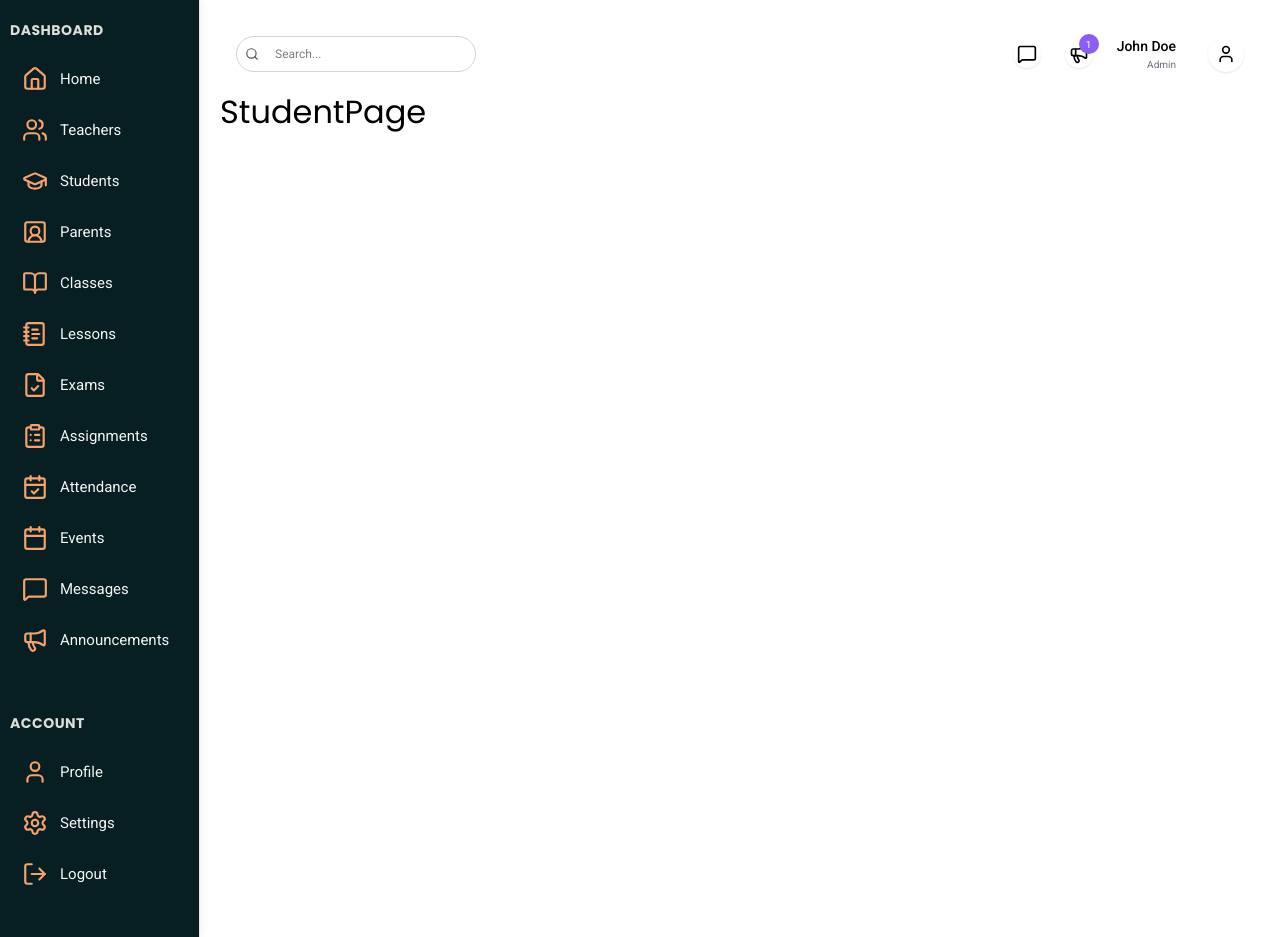
Repository: GlorifiedIntel/student-portal
Page: /student
The author's editor kept a copy of each file at every save. The page is drawn from the files as they stood at one save, then again after the next save.
The browser window is 1280 px wide. The pictures show the whole page.
The project was rebuilt for these pictures with package versions that can differ from the ones it lists, and the page was loaded fresh each time. The framework's server and built-in components were replaced by stand-ins that run in the browser. Also part of the build but not shown: next.config.mjs.

Above is the page before, as saved 2025-08-21 17:27:23.

After the next save:
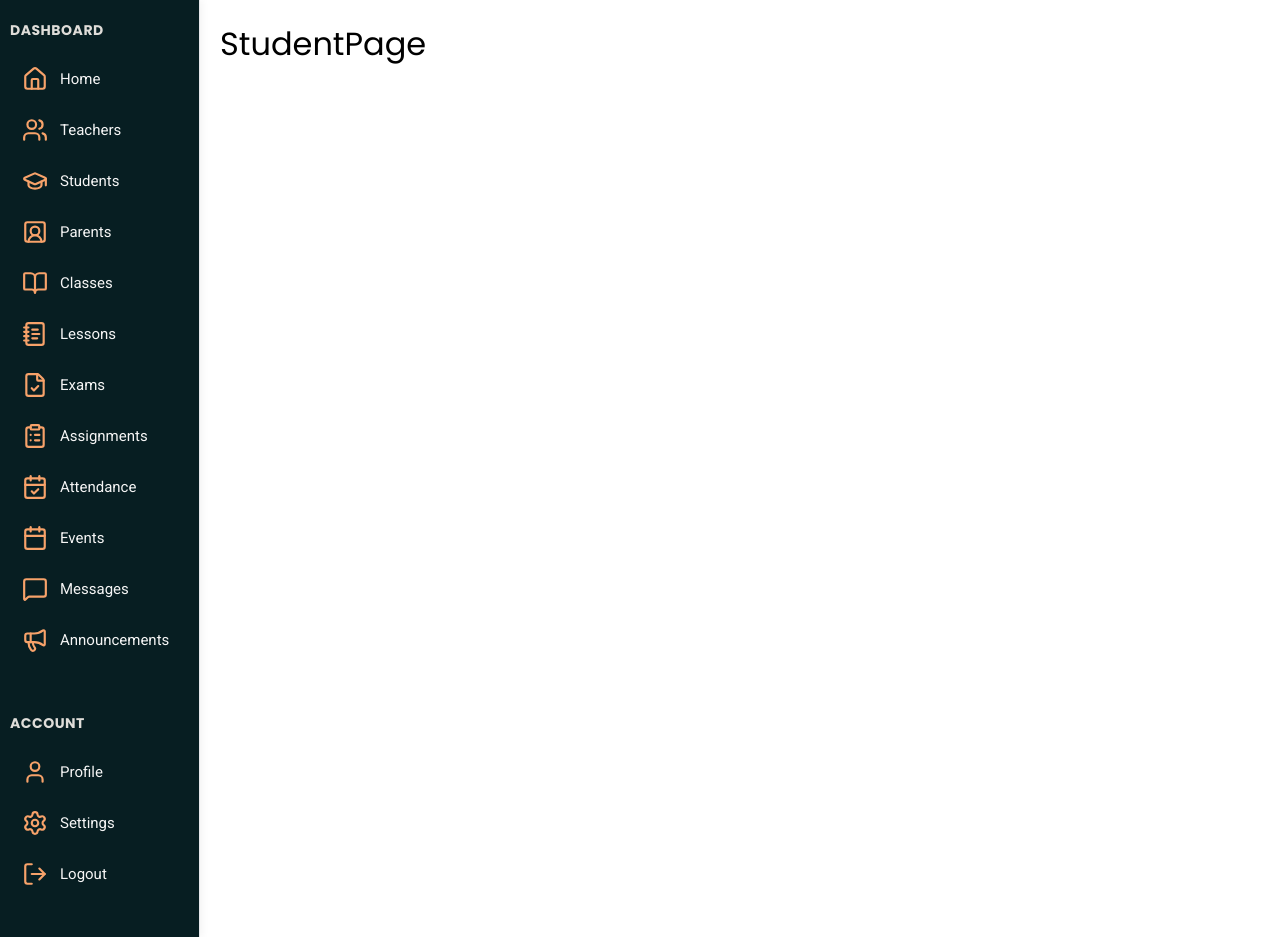
Saved 42 min 9 s later.
--- a/src/app/(dashboard)/layout.jsx
+++ b/src/app/(dashboard)/layout.jsx
@@ -6,10 +6,7 @@ export default function DashboardLayout({ children }) {
   return (
     <div className={styles.dashboardlayout}>
       <Menu />
-      <main className={styles.dashboardcontent}>
-        <Navbar />
-        {children}
-        </main>
+      <main className={styles.dashboardcontent}>{children}</main>
     </div>
   );
 }
